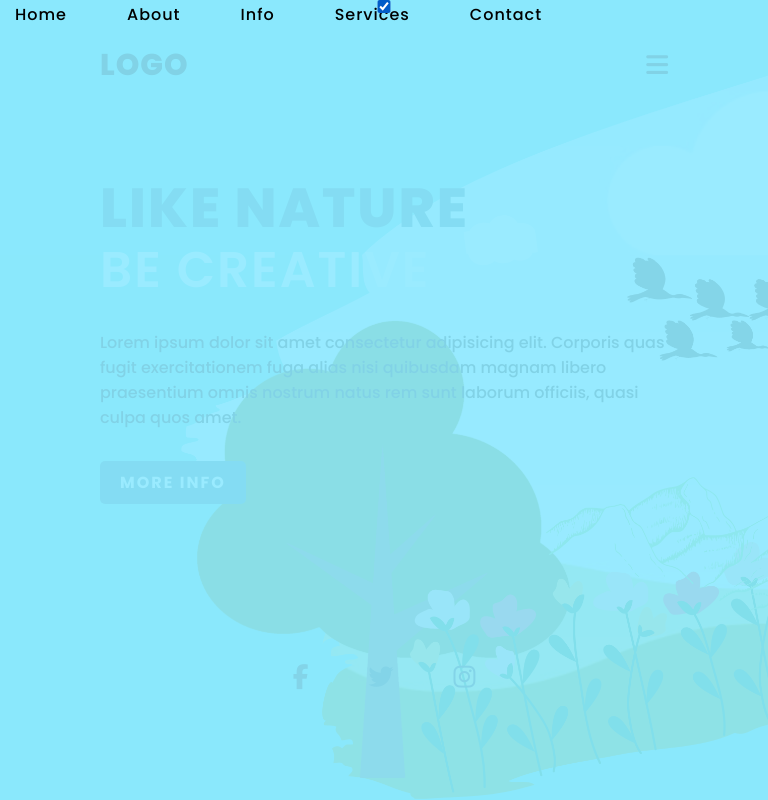
Repository: nganha241/CreativeNature
Page: index.html
These files come from the project's save history. The page is drawn as it stood at one moment and after the next save; the edit follows.
The browser window is 768 px wide. The pictures show the whole page.
The first `#check` is checked.
Some web libraries are served in a nearby version.

Above is the page before, as saved 2022-06-18 09:18:37.

After the next save:
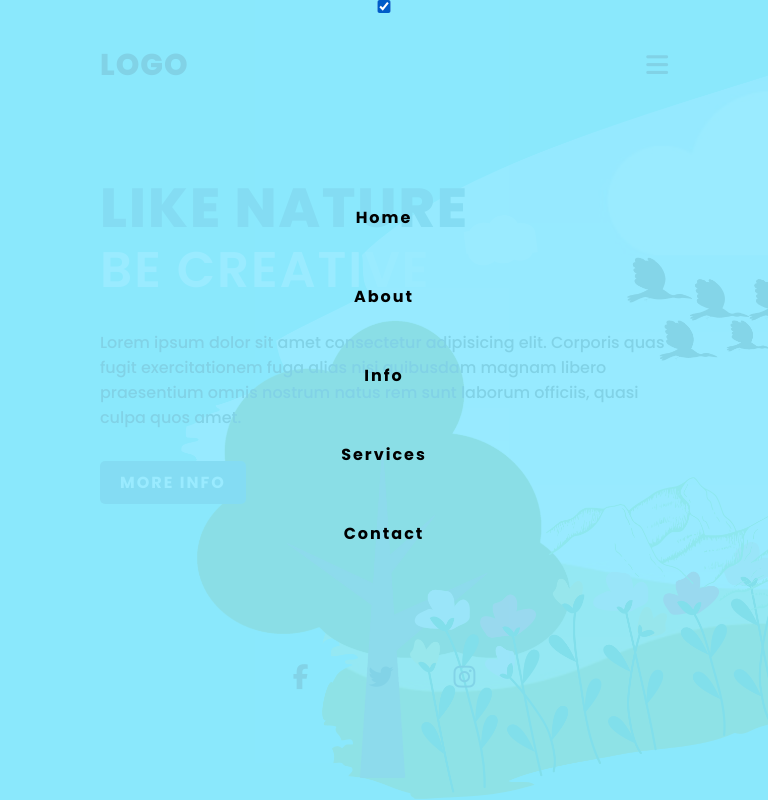
Saved 3 min 22 s later.
--- a/style.css
+++ b/style.css
@@ -165,5 +165,15 @@ label {
         left: 0;
         right: 0;
         display: flex;
+        flex-direction: column;
+        justify-content: center;
+        align-items: center;
+    }
+
+    #check:checked ~ header .navigation a {
+        font-weight: 700;
+        margin-right: 0;
+        margin-bottom: 50px;
+        letter-spacing: 2px;
     }
 }
